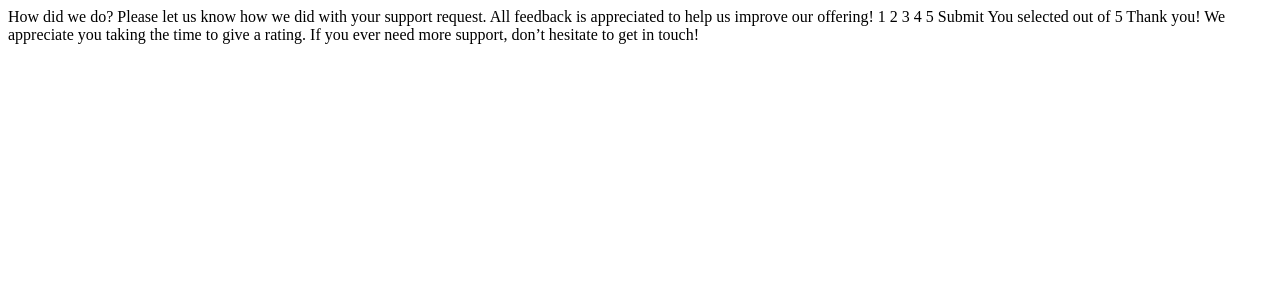
Repository: shayanabedi98/Interactive-rating-component
Page: index.html
The author's editor kept a copy of each file at every save. The page is drawn from the files as they stood at one save, then again after the next save.
The browser window is 1280 px wide. The pictures show the whole page.

Above is the page before, as saved 2023-10-11 09:41:16.

After the next save:
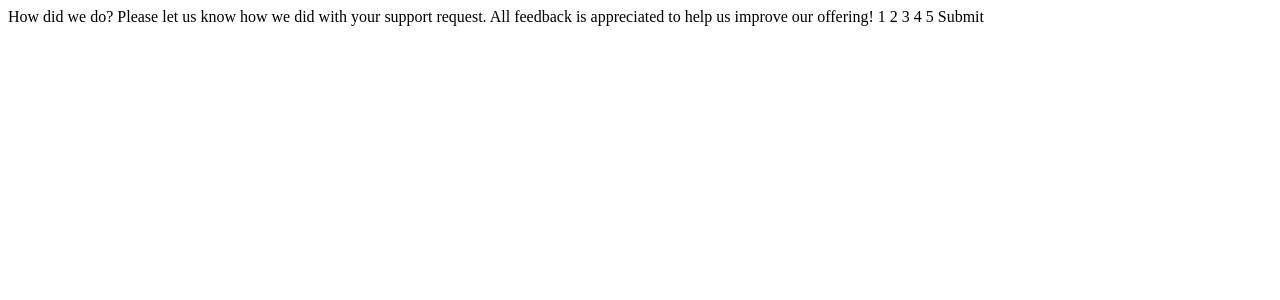
Saved 4 min 13 s later.
--- a/index.html
+++ b/index.html
@@ -8,7 +8,11 @@
   <link rel="stylesheet" href="styles.css">
 </head>
 <body>
+  <div class="grid-container">
+    <div class="card">
 
+    </div>
+  </div>
   <!-- Rating state start -->
 
   How did we do?
@@ -20,18 +24,12 @@
 
   Submit
 
-  <!-- Rating state end -->
-
-  <!-- Thank you state start -->
-
-  You selected <!-- Add rating here --> out of 5
+  <!-- You selected {Add rating here} out of 5
 
   Thank you!
 
   We appreciate you taking the time to give a rating. If you ever need more support,
-  don’t hesitate to get in touch!
-
-  <!-- Thank you state end -->
+  don’t hesitate to get in touch! -->
   <script src="index.js"></script>
 </body>
 </html>
